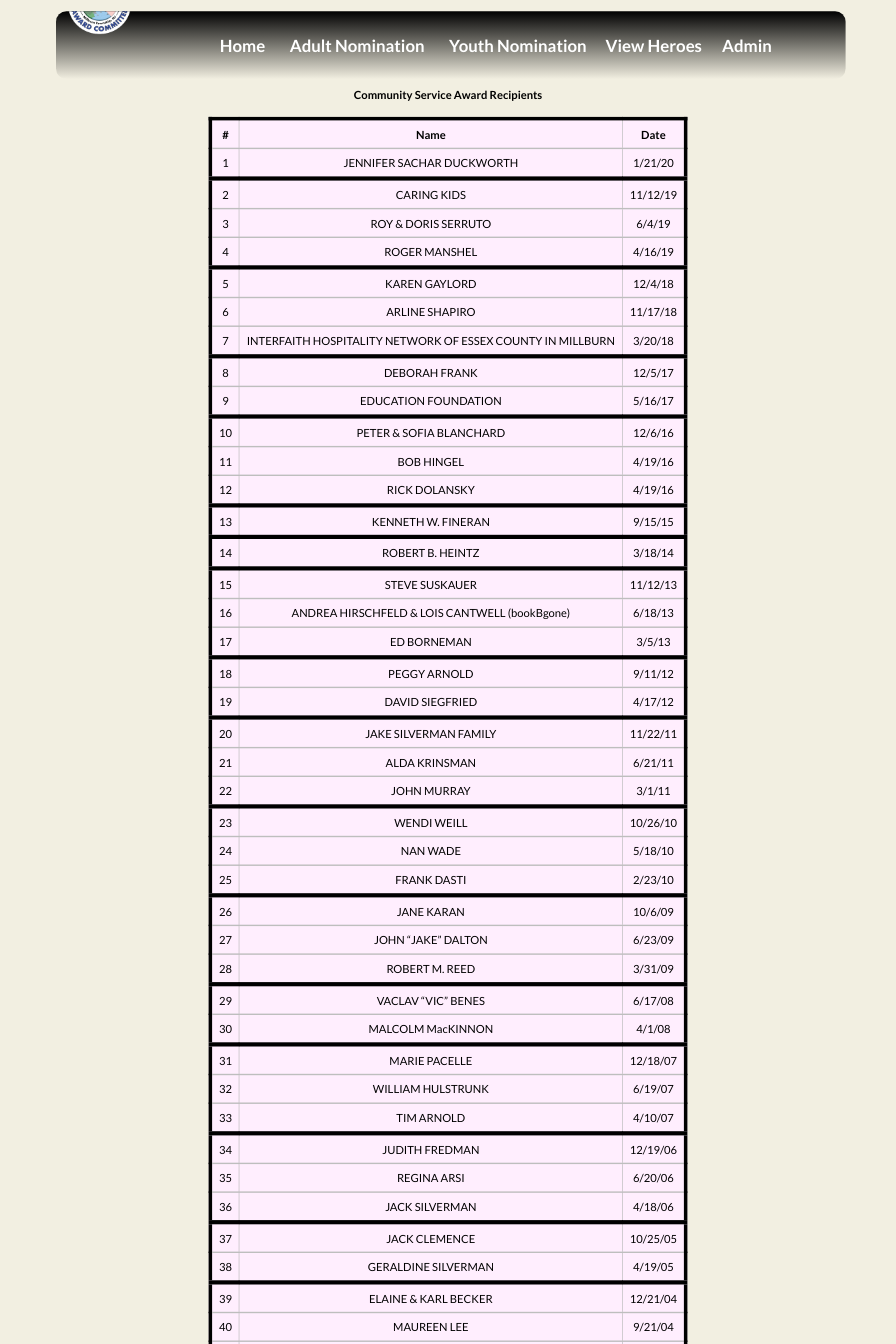
Repository: Centrattic/CSAC
Page: http://localhost/Frontend/before2020.php
The author's editor kept a copy of each file at every save. The page is drawn from the files as they stood at one save, then again after the next save.
The browser window is 1280 px wide. The pictures show the part of the page from y = 0 to 1920 px (the page is 3819 px tall before and 3839 px after), at 70% of full size.
The page is run by PHP 8.4 with error messages shown; the project is at /var/www/html/.

Above is the page before, as saved 2020-12-22 18:40:31.

After the next save:
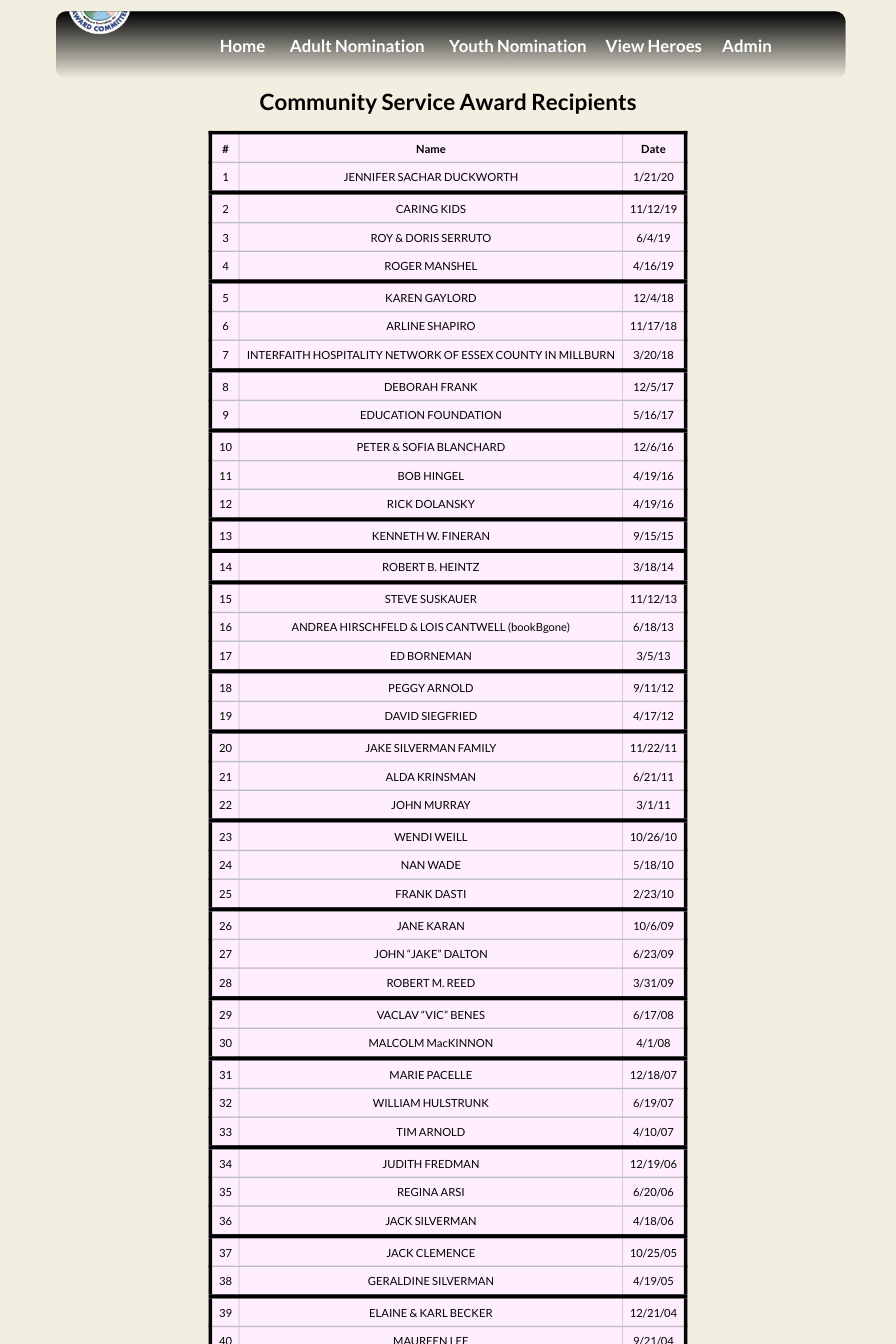
Saved 9 s later.
--- a/Frontend/before2020.php
+++ b/Frontend/before2020.php
@@ -20,6 +20,10 @@ session_start();
     <br>
 
     <style>
+        h1 {
+            font-size: 2em;
+        }
+
         #before2020-table {
             margin: 0 auto;
             border: 5px solid black;
